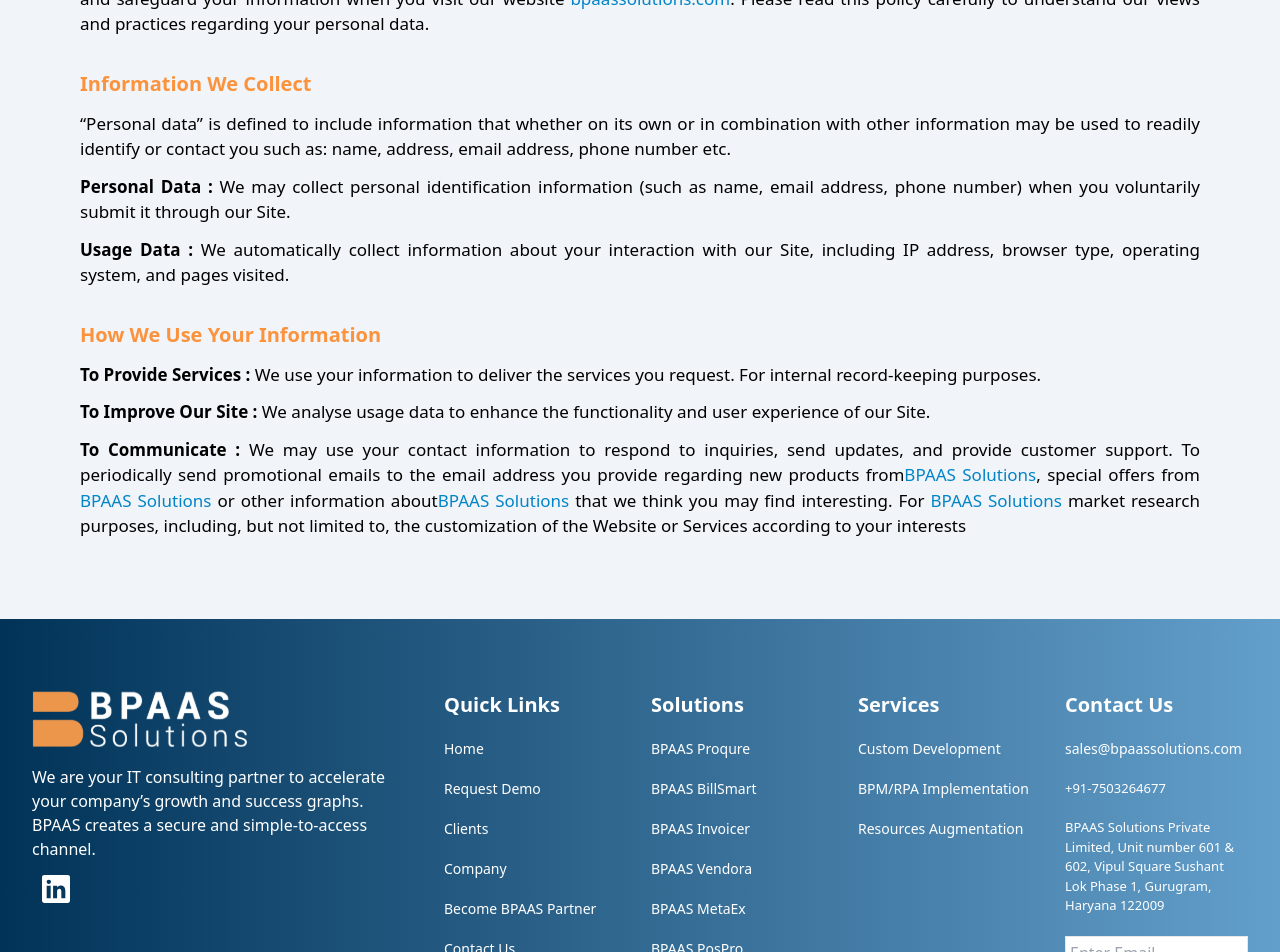
Repository: captainalpha/BP-Website
Page: /services/bp-services
These files come from the project's save history. The page is drawn as it stood at one moment and after the next save; the edit follows.
The browser window is 1280 px wide. The pictures show the part of the page from y = 887 to 1839 px (the page is 2053 px tall).
The project was rebuilt for these pictures with package versions that can differ from the ones it lists, and the page was loaded fresh each time. The framework's server and built-in components were replaced by stand-ins that run in the browser. Also part of the build but not shown: next.config.js, components/common/TopBanner.js, components/common/SectionHeader.js.

Above is the page before, as saved 2024-08-13 15:35:26.

After the next save:
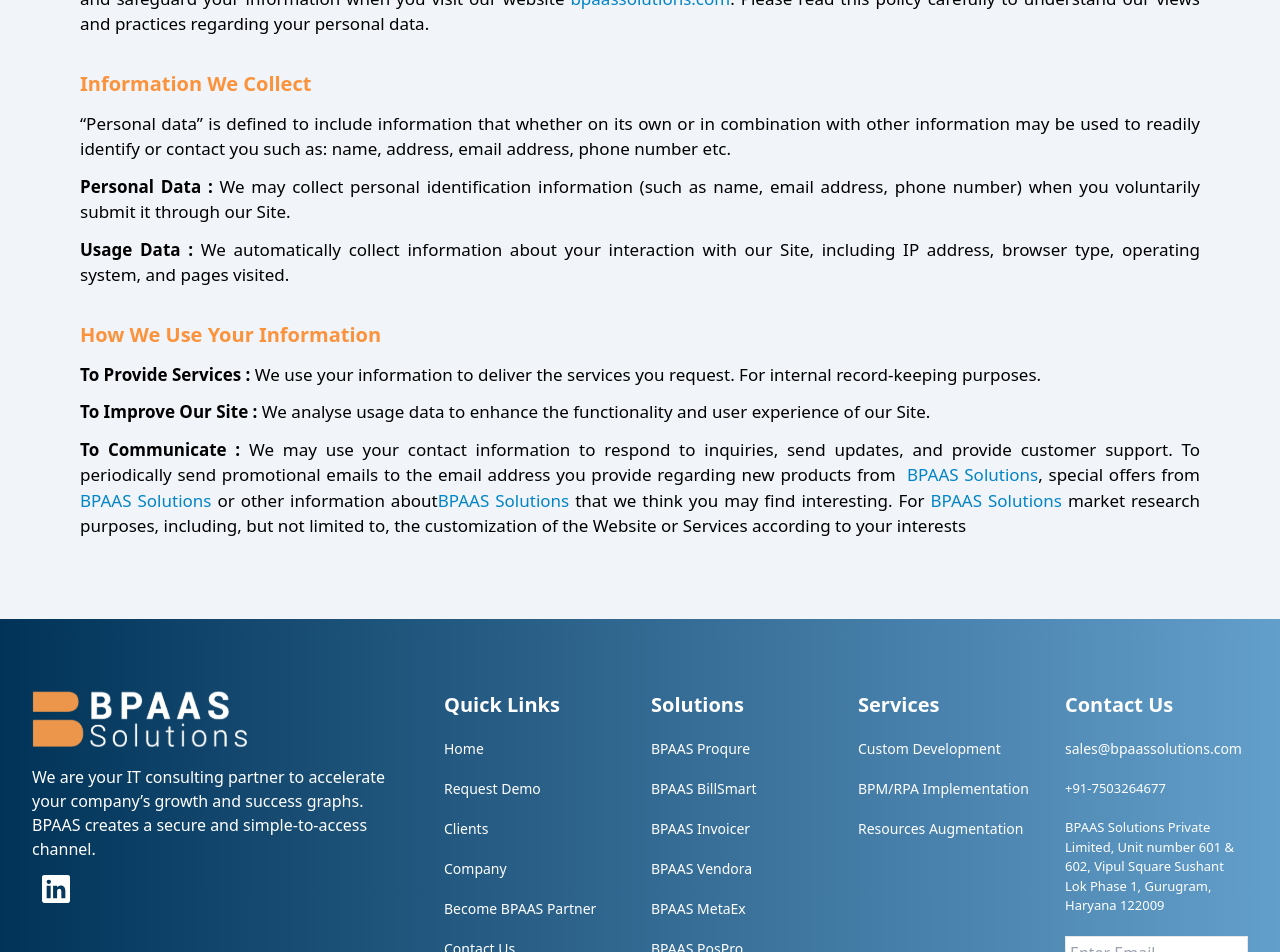
Saved 10 s later.
--- a/pages/services/bp-services.js
+++ b/pages/services/bp-services.js
@@ -88,7 +88,7 @@
               <b>To Communicate :</b> We may use your contact information to
               respond to inquiries, send updates, and provide customer
               support. To periodically send promotional emails to the email
-              address you provide regarding new products from
+              address you provide regarding new products from &nbsp;
               <Link passHref href="/">
                 <a className="text-sky-600 hover:text-[#fb923c]">
                 BPAAS Solutions
